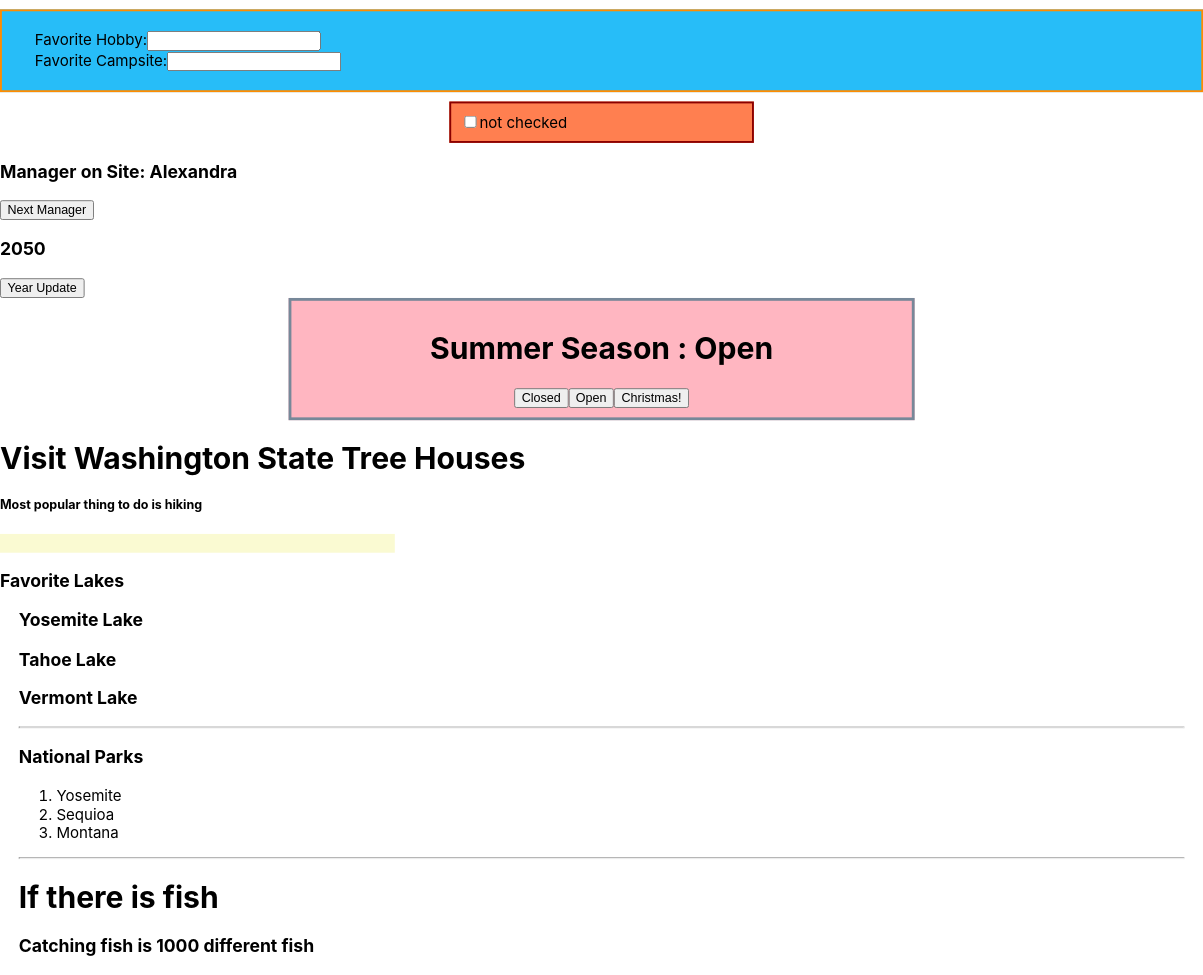
Repository: CaptainStorm21/intro-react-hooks
Page: /
The author's editor kept a copy of each file at every save. The page is drawn from the files as they stood at one save, then again after the next save.
The browser window is 1280 px wide. The pictures show the whole page, at 94% of full size.
The project was rebuilt for these pictures with package versions that can differ from the ones it lists, and the page was loaded fresh each time.

Above is the page before, as saved 2020-05-28 20:03:50.

### src/index.js
import React from "react";
import ReactDOM from "react-dom";
import "./index.css";
import Fragment from "./Fragment"
import UseEffect from "./UseEffect";
import Github from './Github';

const nationalParkList = ["Yosemite", "Sequioa", "Montana"];
const campingList = [
  {
    id: 0,
    name: "Mulberry Camp",
    location: " South Montana",
  },
  {
    id: 1,
    name: "Volga Camp",
    location: "Oregon",
  },
  {
    id: 2,
    name: "Captain Camp",
    location: "East Montana",
  },
  {
    id: 3,
    name: "Blue Dunes Camp",
    location: "South Montana",
  },
];

function Lake({ name }) {
  return <h3>{name}</h3>;
}

function Fishing({ abundant }) {
  return (
    < div >
      <h3> Catching fish is {abundant}</h3>
    </div >
  )
}

function Icehole ({ icefishing }) {
  return (
    < div >
      <h3> Winter Fish is {icefishing}</h3>
    </div >
  )
}

function MontanaFall() {
  return (
    <div>
      <h3>Come see Montana!</h3>
      <hr></hr>
      <div className="campstyle">
        {campingList.map((camp) => (
          <div key={camp.id}>
            <h4>{camp.name}</h4>
            <p>Location:{camp.location}</p>
          </div>
        ))}
      </div>
    </div>
  );
}

function SkiResort({thingstodo}) {
  return (
    <div>
      <h1>Visit Washington State Tree Houses</h1>
      <h5>Most popular thing to do is {thingstodo}</h5>
      <div className = "github">
        <Github/>
      </div>
    </div>
  );
}
function App(props) {

  if (props.season === "fall") {
    return <MontanaFall />;
  } else if (props.season === "summer"){
    return (
      <div>
        <UseEffect />
        <Fragment />

        <SkiResort  thingstodo="hiking"/>
        <h3>Favorite Lakes</h3>
        <div className="lakestyle">
          <Lake name="Yosemite Lake" />
          <Lake name="Tahoe Lake" />
          <Lake name="Vermont Lake" />
          <hr></hr>
          <h3>National Parks</h3>
          <ol>
            {props.parks.map((park) => (
              <li>{park}</li>
            ))}
          </ol>
          <hr></hr>
          <h1>If there is fish</h1>
          <div>
            {props.season === "summer" ? (
              <Fishing abundant="1000 different fish" />
            ) : props.season === "winter" ? (
              <Icehole icefishing="A lot of pikes" />
            ) : (<h1>Wanna stay home?</h1>)}
            </div>
        </div>
      </div>
    );
  }
}

// function Hello({ library, message, books }) {
//   return (
//     <div>
//       <h1>Hello {library}</h1>
//       <h4>books avail to rent {books}</h4>
//       <h5>Hours: {message}</h5>
//     </div>
//   )
// }

// function Hello(props) {
//   console.log(props);
//   console.log(Object.keys(props));
//   return (
//     <div>
//       <h1>Hello from {props.library}</h1>
//       <h3>{props.message}</h3>
//       <h4> books available to rent - {props.books}</h4>
//       <h5>Props used - {Object.keys(props).length}</h5>
//     </div>
//   )
// }

// function Hello() {
//   return (
//     <div>
//       <p> rendering is happening </p>
//       <h1>Hello world!</h1>
//     </div>
//   )
// }
ReactDOM.render(
  //  React.createElement("h1", null, "Hello"),
  // React.createElement("h1", { style: { color: "red" } }, "Hello"),
  // React.createElement("div", { style: { color: "blue" } },
  // React.createElement("h1", null, "Morning")  ),
  // <ul>
  //   <li>Pizza</li>
  //   <li>Sushi</li>
  // </ul>,
  // /* <Hello></Hello>, */
  // <Hello library="Washington Library" message="Open for all " books={10}/>,
  <App parks={nationalParkList} season="summer" />,
  document.getElementById("root")
);

### src/index.css
body {
  margin: 0;
  font-family: -apple-system, BlinkMacSystemFont, 'Segoe UI', 'Roboto', 'Oxygen',
    'Ubuntu', 'Cantarell', 'Fira Sans', 'Droid Sans', 'Helvetica Neue',
    sans-serif;
  -webkit-font-smoothing: antialiased;
  -moz-osx-font-smoothing: grayscale;
}

code {
  font-family: source-code-pro, Menlo, Monaco, Consolas, 'Courier New',
    monospace;
}

.lakestyle, .campstyle {
  padding-left: 20px;
  padding-right: 20px;
}

.div-style{
  padding: 10px;
  border: 3px solid lightslategray;
  width: 50%;
  margin: 0 auto;
  background-color: lightpink;
  text-align: center;
}

label{
  padding-left: 15px;
  padding-right: 15px;
}
.blue-div{
  background-color: rgb(39, 189, 248);
  margin: 0 auto;
  padding: 20px;
  border: 2px solid darkorange;
  margin-top: 10px;
  margin-bottom: 10px;

}

.checkbox-div{
  background-color: coral;
  padding: 10px;
  width: 300px;
  border: 2px solid darkred;
  margin: 0 auto;
}

### src/Fragment.js
import React, { useState } from "react";
import "./App.css";
import Checkbox from './Checkbox'

// const [first, second, third, fouth] = ["Mary", "Katy", "Ludwig", "Stephen"];

// function Kids() {
//   return <h1>Children at play!</h1>;
// }

// function Kayak() {
//   return (
//     <div>
//       <h2> Kayaking going on </h2>
//     </div>
//   );
// }

function Fragment() {
    const [year, setYear] = useState(2050)
    const [manager, setManager] = useState('Alexandra')
    const [status, setStatus] = useState("Open");
  return (
      <>
          <div className = "checkbox-div">
              <Checkbox/>
          </div>
      <div>
        <h3>Manager on Site: {manager}</h3>
        <button onClick={() => setManager("Mary Anne")}>Next Manager</button>
      </div>
      <div>
        <h3>{year}</h3>
        <button onClick={() => setYear(year+1)}>Year Update</button>
      </div>
      <div className="div-style">
        <h1>Summer Season : {status}</h1>
        <button onClick={() => setStatus("Closed")}>Closed</button>
        <button onClick={() => setStatus("Open")}>Open</button>
        <button onClick={() => setStatus("Gone to Santa's!")}>
          Christmas!
        </button>
      </div>
    </>
  );
}



// function Fragment() {
//   return (
//     <>
//       <div className="div-style">
//         <Kayak />
//         <Kids />
//       </div>
//     </>
//   );
// }

export default Fragment;

### src/UseEffect.js
import React, { useState, useEffect } from 'react'

export default function UseEffect() {
    const [val, setVal] = useState("");
        const [val2, setVal2] = useState("");

    useEffect(() => {
        console.log(`field 1 : ${val}`)
    }, [val])

        useEffect(() => {
        console.log(`field 2 : ${val2}`)
    }, [val, val2])



    return (
      <div className="blue-div">
        <label>
          Favorite Hobby:
          <input value={val} onChange={(e) => setVal(e.target.value)} />
        </label>
        <br />
        <label>
          Favorite Campsite:
          <input value={val2} onChange={(e) => setVal2(e.target.value)} />
        </label>
      </div>
    );
}

### src/Github.js
import React, { useState, useEffect } from "react";

export default function Github() {
    return (
        <div>

        </div>
    )
}

### src/App.css
.App {
  text-align: center;
}

.App-logo {
  height: 40vmin;
  pointer-events: none;
}

@media (prefers-reduced-motion: no-preference) {
  .App-logo {
    animation: App-logo-spin infinite 20s linear;
  }
}

.App-header {
  background-color: #282c34;
  min-height: 100vh;
  display: flex;
  flex-direction: column;
  align-items: center;
  justify-content: center;
  font-size: calc(10px + 2vmin);
  color: white;
}

.App-link {
  color: #61dafb;
}

@keyframes App-logo-spin {
  from {
    transform: rotate(0deg);
  }
  to {
    transform: rotate(360deg);
  }
}

.github{
  background-color: lightgoldenrodyellow;
  padding: 10px;
  width: 400px;

}

### src/Checkbox.js
import React, { useState, useEffect } from "react";

export default function Checkbox() {
    const [checked, setChecked] = useState(false);
    useEffect(() => {
        alert(` checked: ${checked.toString()}`);
    });
    return (
    <>
            <input type="checkbox"
                value={checked}
                onChange={ () => setChecked (checked => !checked )  } />
            {checked ? "checked" : "not checked"}
    </>
  )
}

Loaded but not shown: public/index.html (common file)

After the next save:
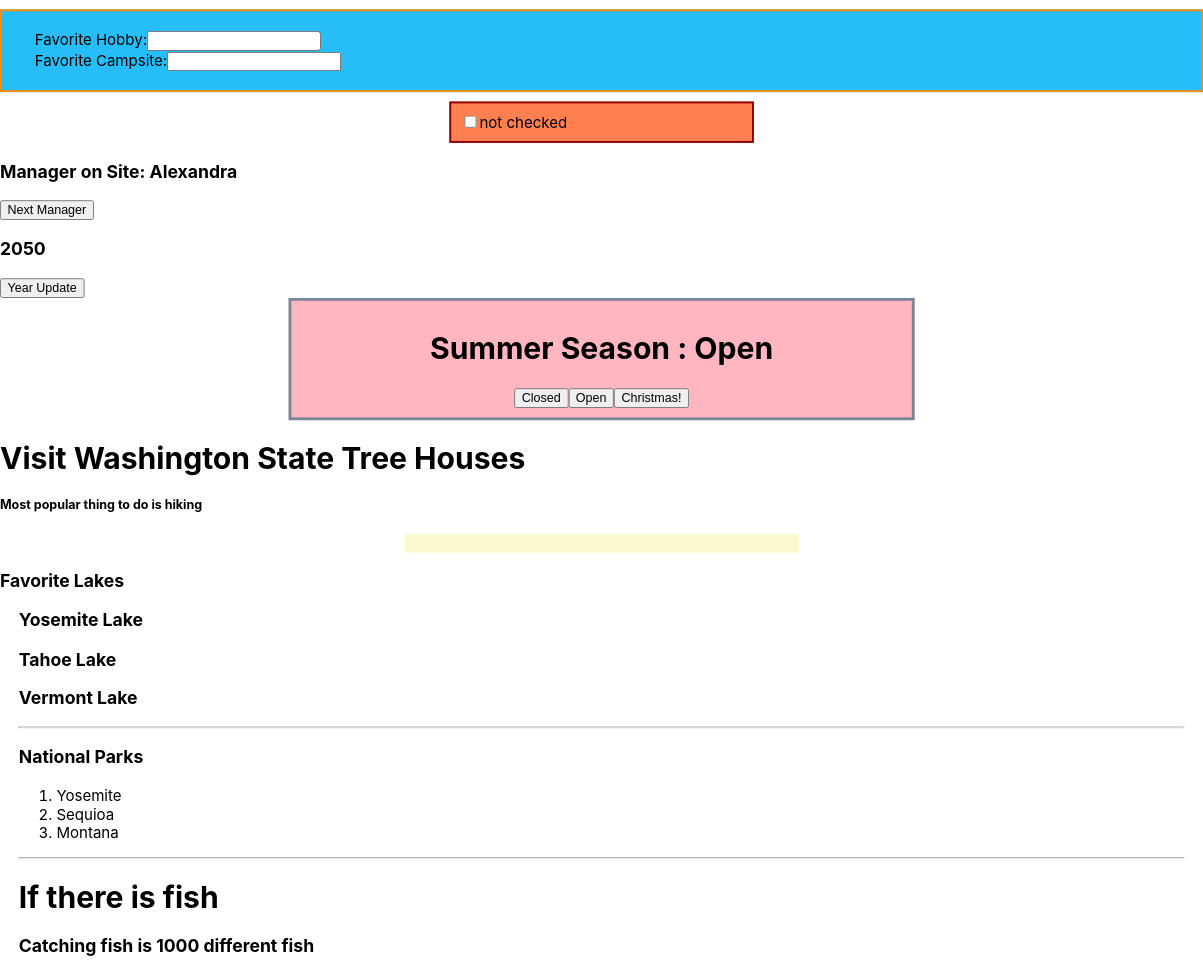
Saved 4 s later.
--- a/src/App.css
+++ b/src/App.css
@@ -41,5 +41,5 @@
   background-color: lightgoldenrodyellow;
   padding: 10px;
   width: 400px;
-
+  margin: 0 auto;
 }
